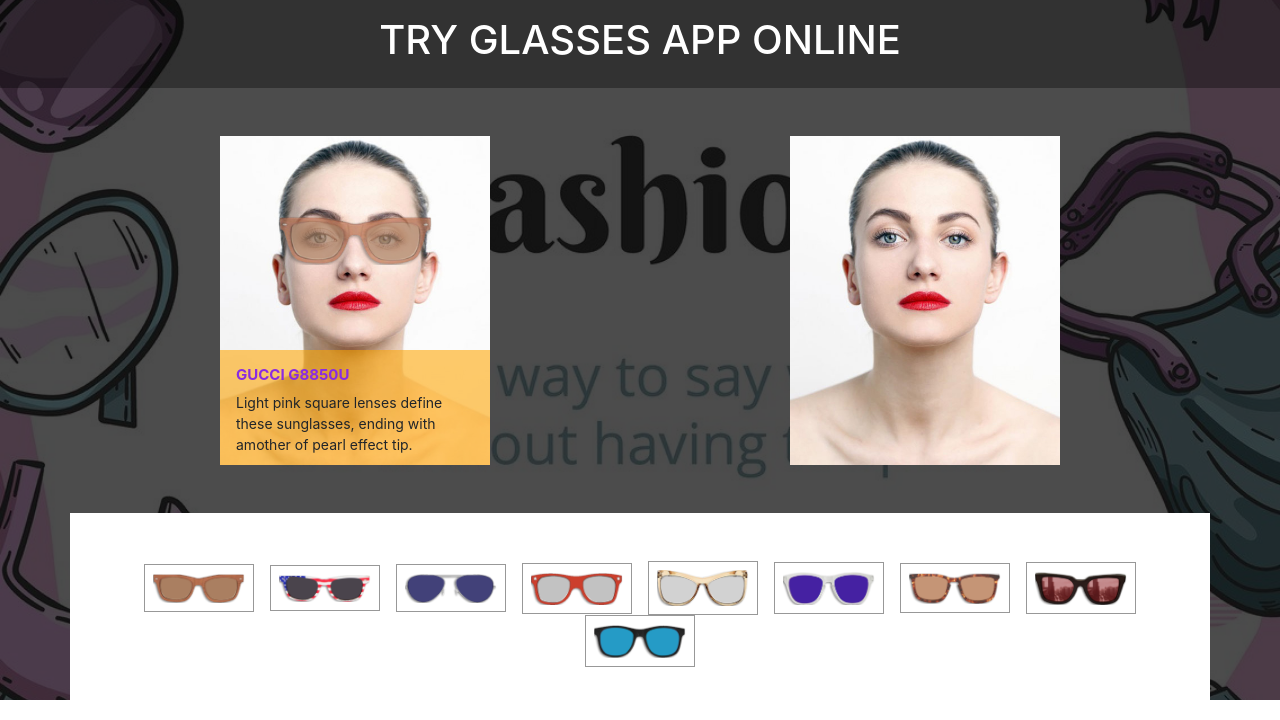
Repository: ducdatit2002/reactjs-try-glasses
Page: /
An editor plug-in stored every save of this project. The page is shown before and after the next save, followed by the edit.
The browser window is 1280 px wide. The pictures show the whole page.
The project was rebuilt for these pictures with package versions that can differ from the ones it lists, and the page was loaded fresh each time. Also part of the build but not shown: src/App.css.

Above is the page before, as saved 2023-10-24 19:34:52.

After the next save:
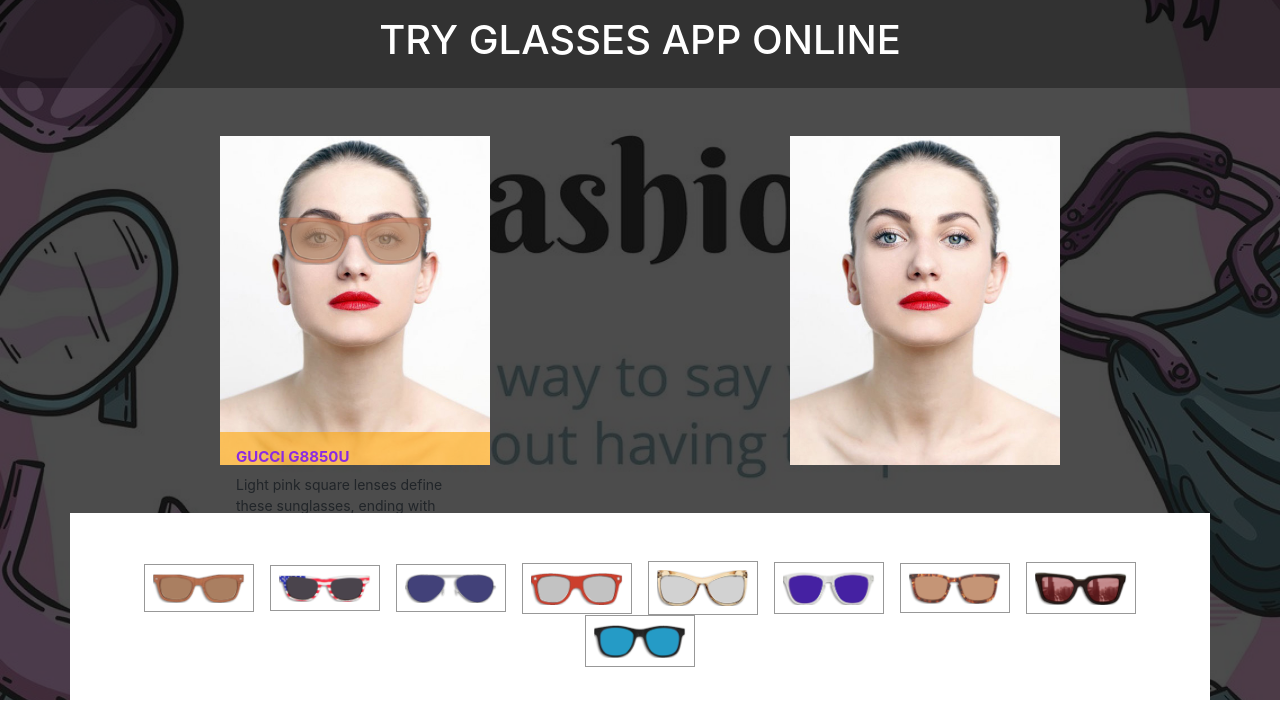
Saved 8 s later.
--- a/src/GlassState/GlassState.css
+++ b/src/GlassState/GlassState.css
@@ -24,7 +24,7 @@
     position: absolute;
     background-color: rgba(255,166,0,.575);
     width: 50%;
-    height: 35%;
+    height: 10%;
     left: 25%;
     bottom: 0;
     text-align: left;

After the save that followed:
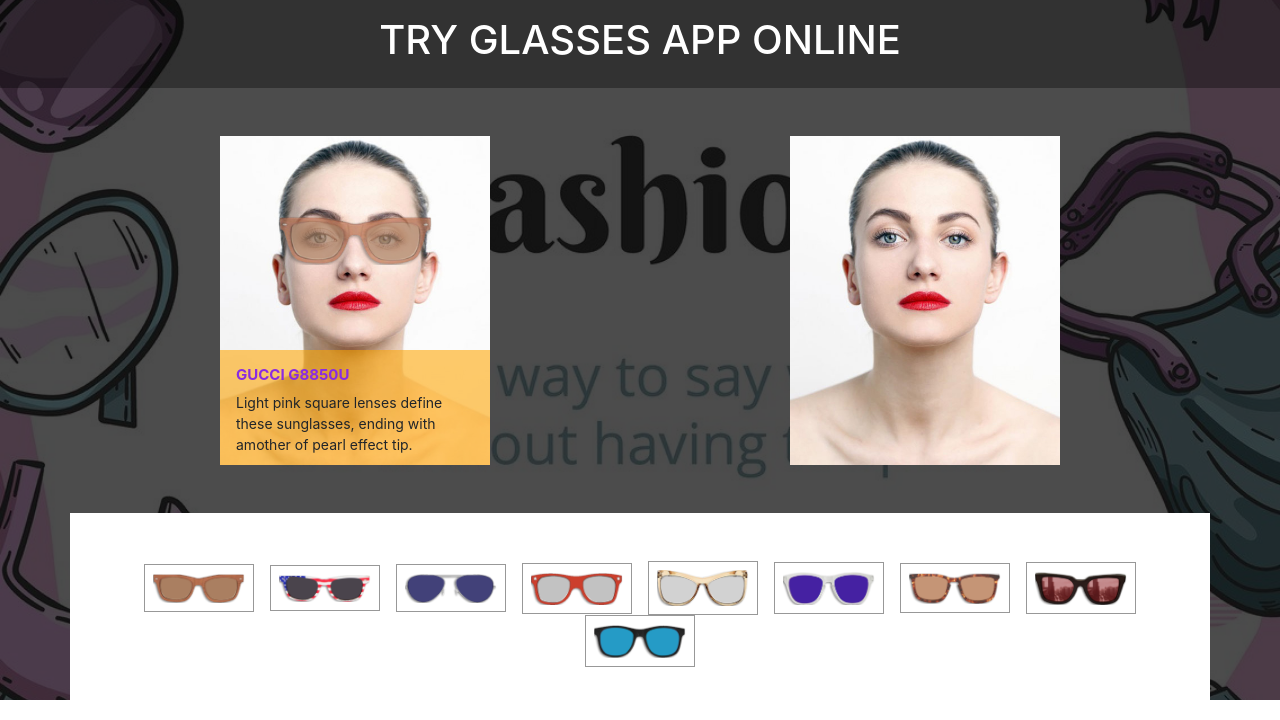
Saved 4 s later.
--- a/src/GlassState/GlassState.css
+++ b/src/GlassState/GlassState.css
@@ -24,7 +24,7 @@
     position: absolute;
     background-color: rgba(255,166,0,.575);
     width: 50%;
-    height: 10%;
+    height: 35%;
     left: 25%;
     bottom: 0;
     text-align: left;
